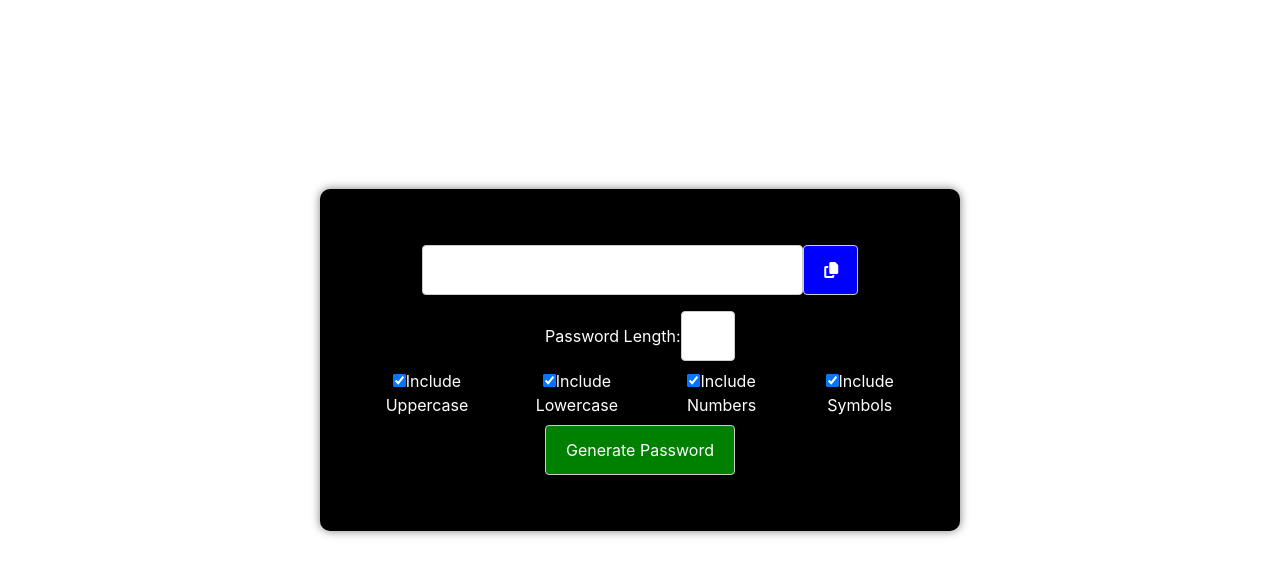
Repository: sriram1224/Password-generator
Page: / (app in password-generator/)
An editor plug-in stored every save of this project. The page is shown before and after the next save, followed by the edit.
The browser window is 1280 px wide. The pictures show the whole page.
Some web libraries are served in a nearby version. The project was rebuilt for these pictures with package versions that can differ from the ones it lists, and the page was loaded fresh each time.

Above is the page before, as saved 2024-03-10 21:53:40.

After the next save:
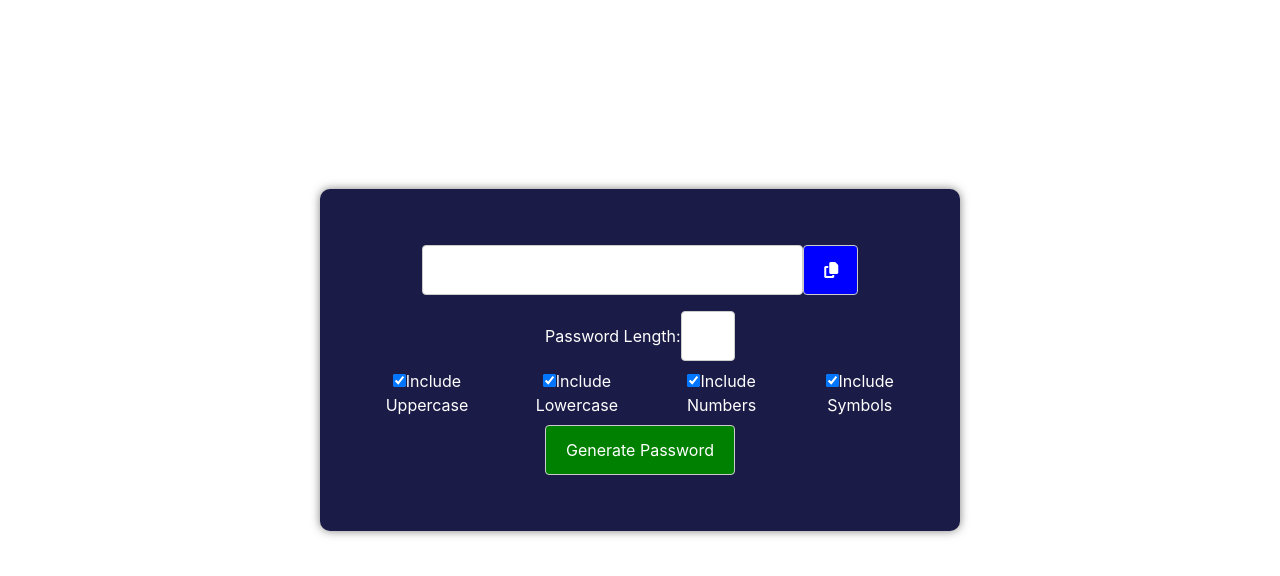
Saved 17 s later.
--- a/password-generator/src/Components/content.css
+++ b/password-generator/src/Components/content.css
@@ -58,7 +58,7 @@
 .main {
     padding: 3rem;
     border-radius:10px;
-    background-color:black;
+    background-color:rgb(27, 27, 71);
     color:white;
     box-shadow: 0px 0px 10px rgba(0, 0, 0, 0.5);
     /* Adjust as needed */
